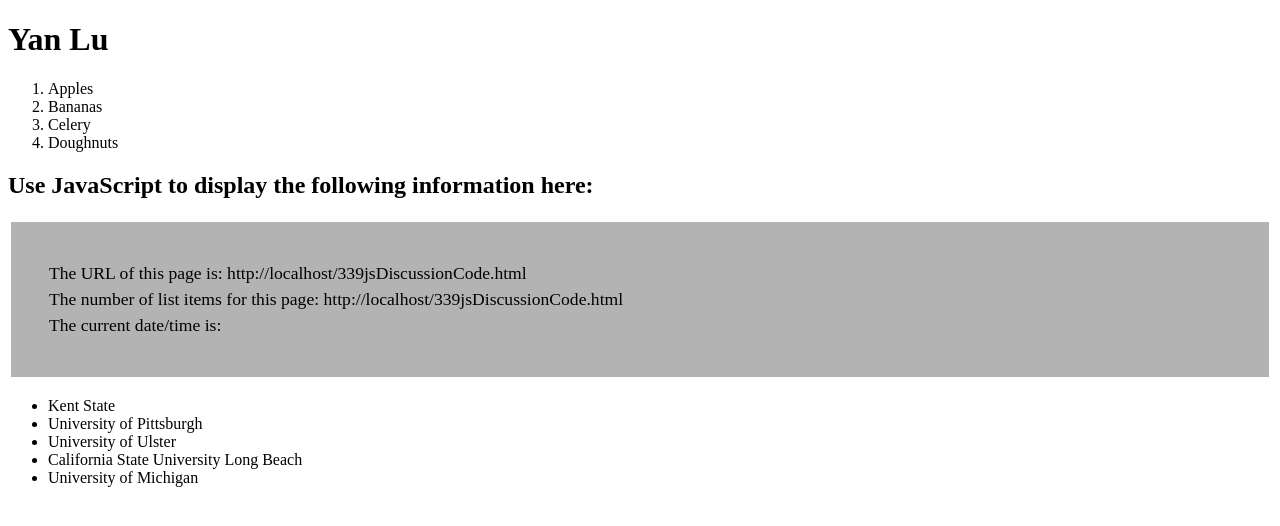
Repository: lulyany/discussionwk10
Page: 339jsDiscussionCode.html
The author's editor kept a copy of each file at every save. The page is drawn from the files as they stood at one save, then again after the next save.
The browser window is 1280 px wide. The pictures show the whole page.

Above is the page before, as saved 2023-11-01 20:32:37.

After the next save:
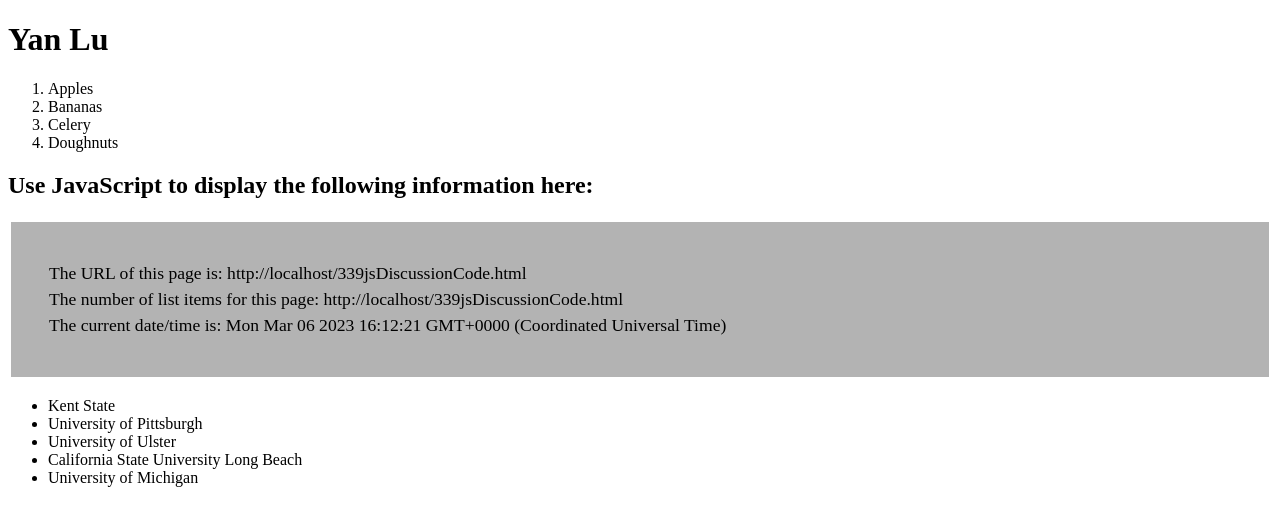
Saved 5 s later.
--- a/339jsDiscussionCode.html
+++ b/339jsDiscussionCode.html
@@ -31,7 +31,7 @@
 
 		document.getElementById("items").textContent += window.location;
 
-		document.getElementById("time")
+		document.getElementById("time").textContent += Date();
 
 
 

After the 4 saves that followed:
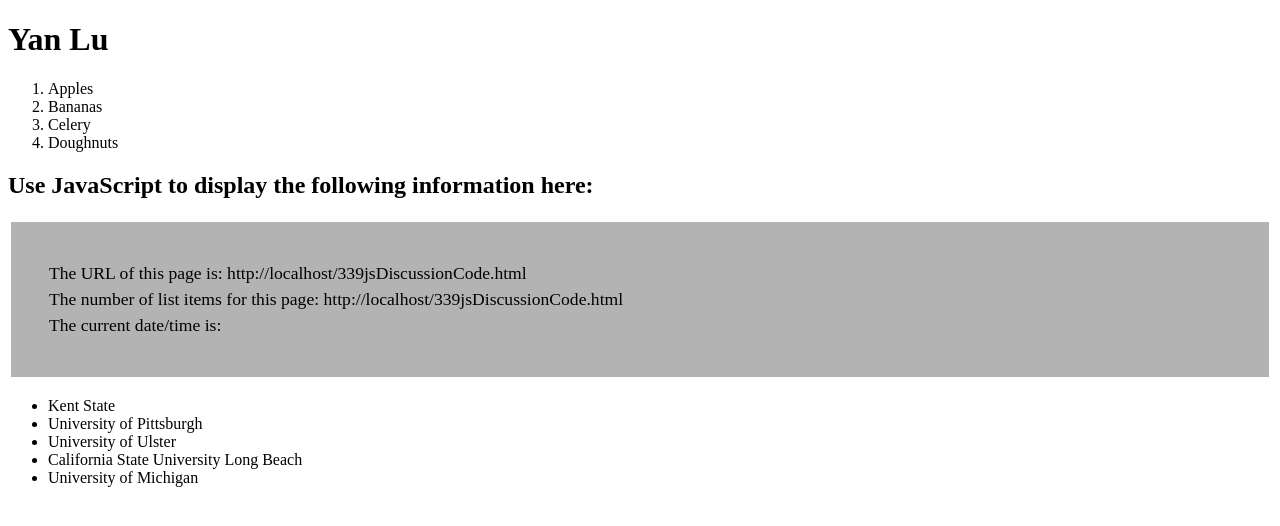
Console error: ReferenceError: querySelectorAll is not defined
The 4 saves are shown as one change because they came seconds apart.
The last was saved 8 s later.
--- a/339jsDiscussionCode.html
+++ b/339jsDiscussionCode.html
@@ -31,7 +31,7 @@
 
 		document.getElementById("items").textContent += window.location;
 
-		document.getElementById("time").textContent += Date();
+		document.getElementById("time").textContent += querySelectorAll("li").length;
 
 
 
